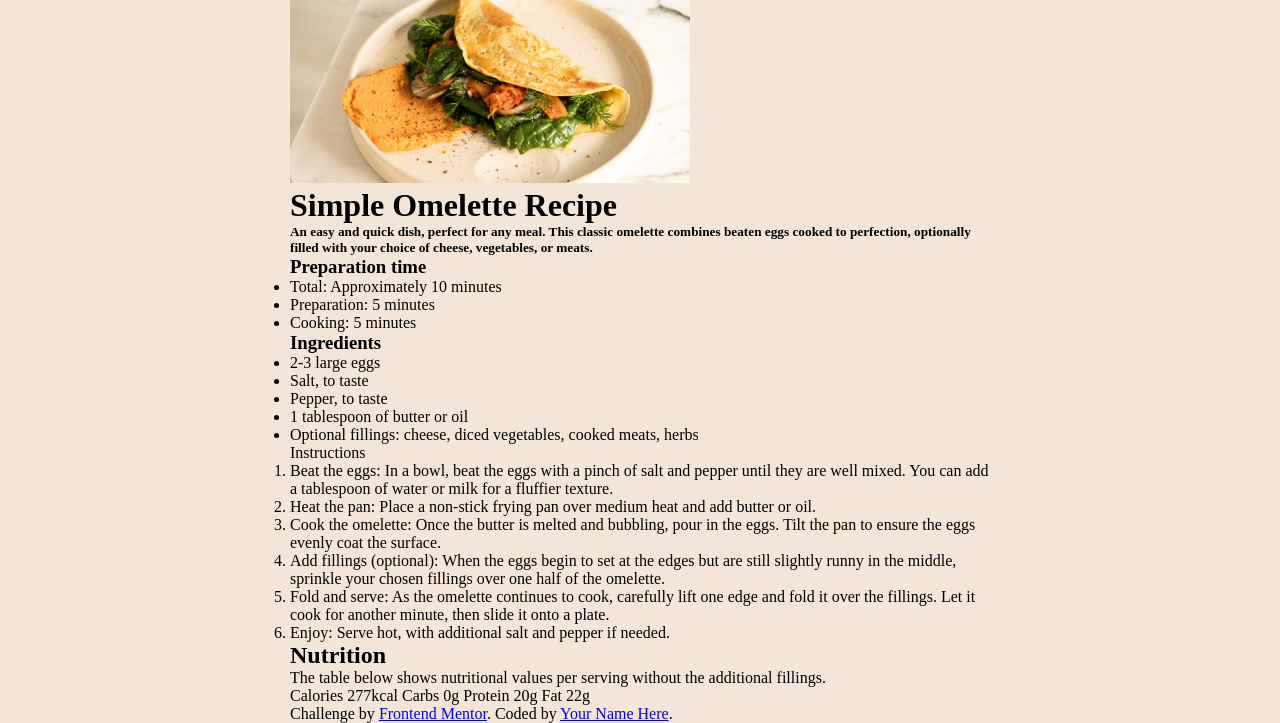
Repository: sodmaq/recipe-page-
Page: index.html
The author's editor kept a copy of each file at every save. The page is drawn from the files as they stood at one save, then again after the next save.
The browser window is 1280 px wide. The pictures show the whole page.

Above is the page before, as saved 2024-09-07 18:50:13.

### index.html
<!DOCTYPE html>
<html lang="en">
  <head>
    <meta charset="UTF-8" />
    <meta name="viewport" content="width=device-width, initial-scale=1.0" />
    <!-- displays site properly based on user's device -->
    <link rel="stylesheet" href="style.css" />

    <link
      rel="icon"
      type="image/png"
      sizes="32x32"
      href="./assets/images/favicon-32x32.png"
    />

    <title>Frontend Mentor | Recipe page</title>

    <!-- Feel free to remove these styles or customise in your own stylesheet 👍 -->
    <!-- <style>
      .attribution {
        font-size: 11px;
        text-align: center;
      }
      .attribution a {
        color: hsl(228, 45%, 44%);
      }
    </style> -->
  </head>
  <body>
    <div class="container">
      <header>
        <img src="/assets/images/image-omelette.jpeg" alt="" />
        <h1>Simple Omelette Recipe</h1>
        <h5>
          An easy and quick dish, perfect for any meal. This classic omelette
          combines beaten eggs cooked to perfection, optionally filled with your
          choice of cheese, vegetables, or meats.
        </h5>
      </header>
      <article>
        <h3>Preparation time</h3>
        <ul>
          <li>Total: Approximately 10 minutes</li>
          <li>Preparation: 5 minutes</li>
          <li>Cooking: 5 minutes</li>
        </ul>

        <h3>Ingredients</h3>
        <ul>
          <li>2-3 large eggs</li>
          <li>Salt, to taste</li>
          <li>Pepper, to taste</li>
          <li>1 tablespoon of butter or oil</li>
          <li>
            Optional fillings: cheese, diced vegetables, cooked meats, herbs
          </li>
        </ul>
        <p>Instructions</p>

        <ol>
          <li>
            Beat the eggs: In a bowl, beat the eggs with a pinch of salt and
            pepper until they are well mixed. You can add a tablespoon of water
            or milk for a fluffier texture.
          </li>
          <li>
            Heat the pan: Place a non-stick frying pan over medium heat and add
            butter or oil.
          </li>
          <li>
            Cook the omelette: Once the butter is melted and bubbling, pour in
            the eggs. Tilt the pan to ensure the eggs evenly coat the surface.
          </li>
          <li>
            Add fillings (optional): When the eggs begin to set at the edges but
            are still slightly runny in the middle, sprinkle your chosen
            fillings over one half of the omelette.
          </li>
          <li>
            Fold and serve: As the omelette continues to cook, carefully lift
            one edge and fold it over the fillings. Let it cook for another
            minute, then slide it onto a plate.
          </li>
          <li>Enjoy: Serve hot, with additional salt and pepper if needed.</li>
        </ol>

        <h1>Nutrition</h1>
        <p>
          The table below shows nutritional values per serving without the
          additional fillings.
        </p>

        Calories 277kcal Carbs 0g Protein 20g Fat 22g
      </article>

      <div class="attribution">
        Challenge by
        <a href="https://www.frontendmentor.io?ref=challenge" target="_blank"
          >Frontend Mentor</a
        >. Coded by <a href="#">Your Name Here</a>.
      </div>
    </div>
  </body>
</html>

### style.css
* {
  margin: 0;
  padding: 0;
  box-sizing: border-box;
}

body {
  background-color: hsl(30, 54%, 90%);
}
.container {
  width: 700px;
  margin-left: auto;
  margin-right: auto;
}
img {
  width: 400px;
}

After the next save:
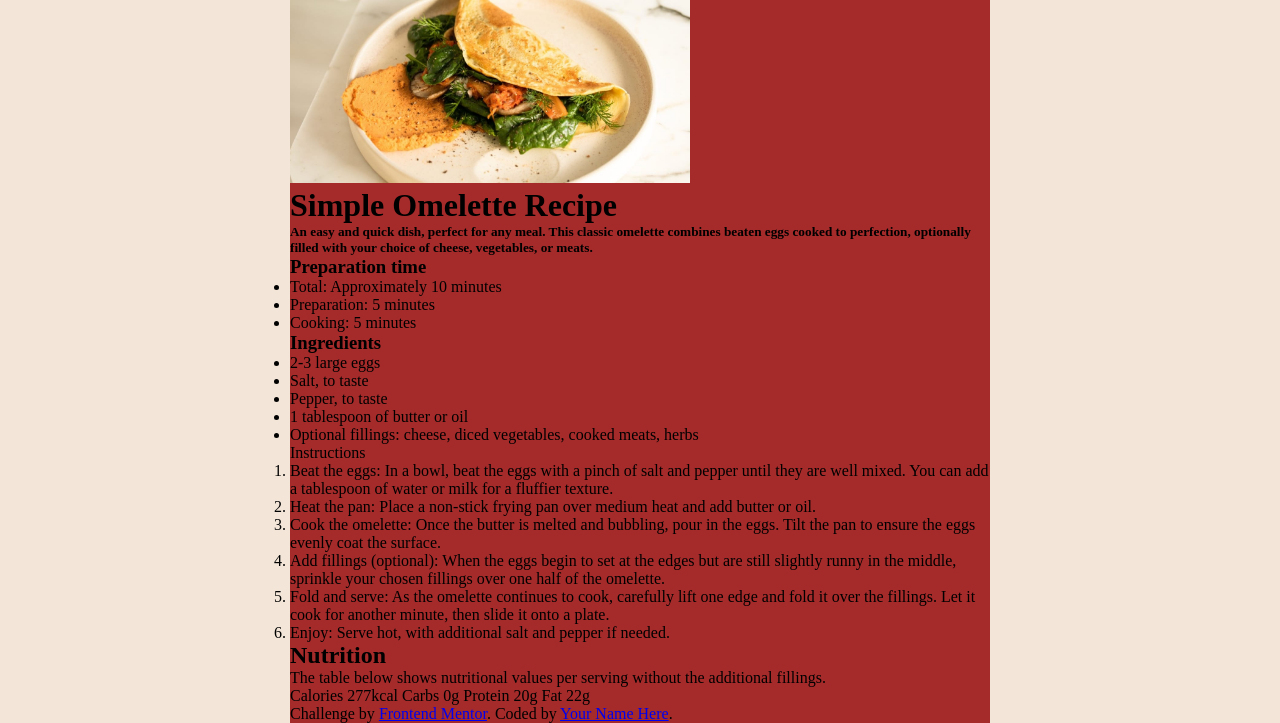
Saved 119 s later.
--- a/style.css
+++ b/style.css
@@ -11,6 +11,7 @@
   width: 700px;
   margin-left: auto;
   margin-right: auto;
+  background-color: brown;
 }
 img {
   width: 400px;

After the save that followed:
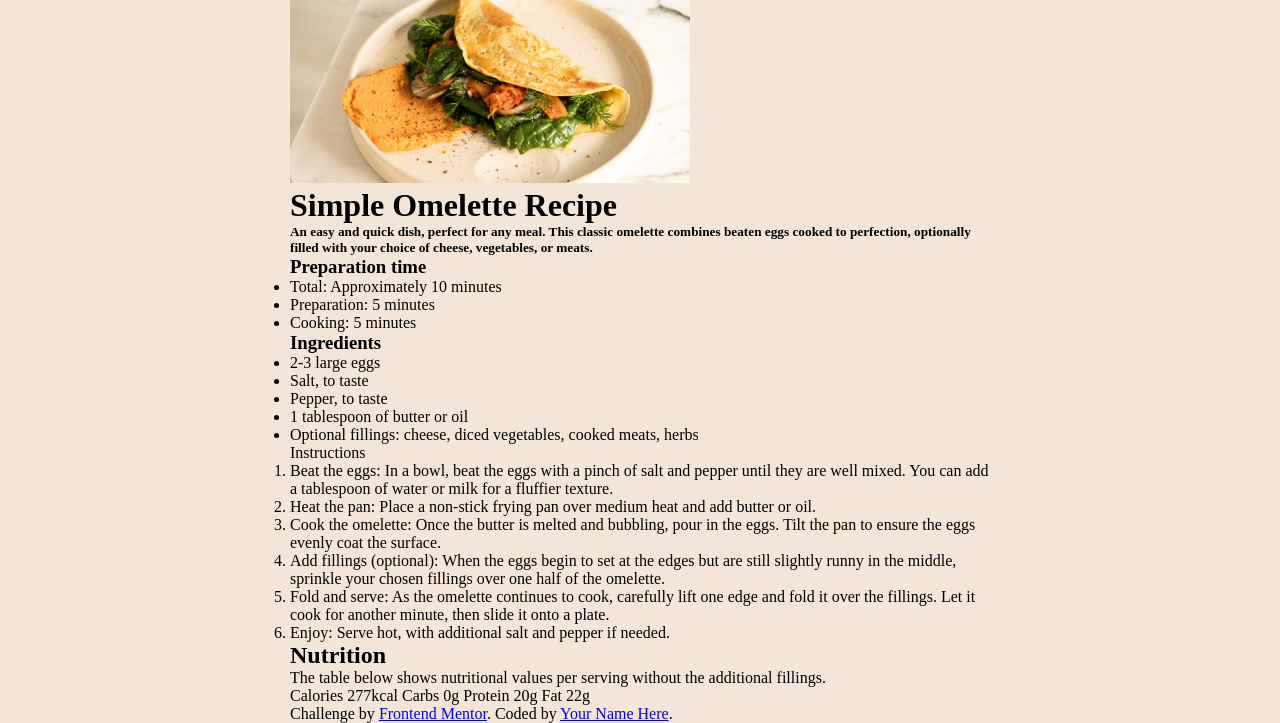
Saved 31 s later.
--- a/style.css
+++ b/style.css
@@ -11,7 +11,7 @@
   width: 700px;
   margin-left: auto;
   margin-right: auto;
-  background-color: brown;
+  background-color: ;
 }
 img {
   width: 400px;
